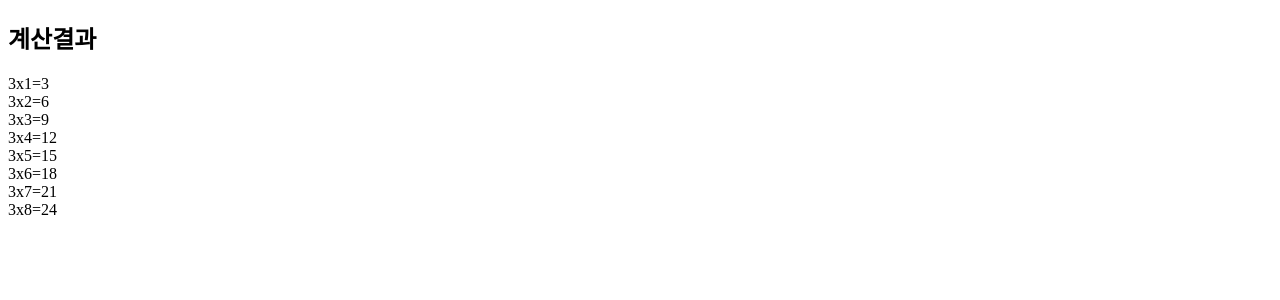
Repository: junhyeoksin/spring_program
Page: http://localhost/springProgram/table_result.do
The author's editor kept a copy of each file at every save. The page is drawn from the files as they stood at one save, then again after the next save.
The browser window is 1280 px wide. The pictures show the whole page.
The page is served by Tomcat 9. Other server files are loaded and not shown.

Above is the page before, as saved 2022-01-05 13:50:05.

### springProgram/src/main/webapp/WEB-INF/views/test/table_result.jsp
<%@ page language="java" contentType="text/html; charset=UTF-8"
    pageEncoding="UTF-8"%>
<!DOCTYPE html>
<html>
<head>
<meta charset="UTF-8">
<title>Insert title here</title>
</head>
<body>

<h2>계산결과</h2>
${result}
</body>
</html>

### springProgram/src/main/webapp/WEB-INF/views/include/menu.jsp
<%@ page language="java" contentType="text/html; charset=UTF-8"
    pageEncoding="UTF-8"%>
 <div style="Text-align:center">
 	<a href = "/springProgram/">home</a>
 	<a href = "/springProgram/multi_table.do">구구단</a>
 	<a href = "/springProgram/point.do">성적계산</a>
 	<a href = "/springProgram/move.do">redirect</a>
 	<a href = "/springProgram/mav.do">modelAndView</a>
 	<a href = "/springProgram/ajax.do">비동기식 호출</a>
 	<a href = "/springProgram/login.do">비동기식 호출 2</a>
 	<a href = "/springProgram/ajax_table.do">구구단(ajax)</a>
 	<a href = "/springProgram/member/list.do">회원관리</a>


 </div>

After the next save:
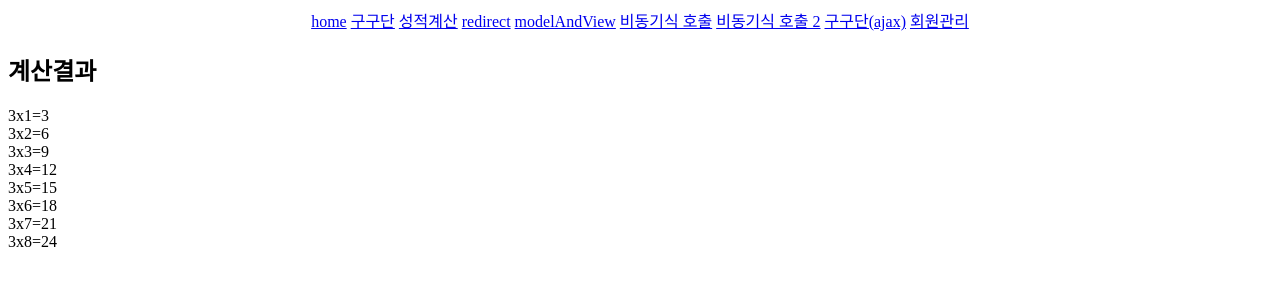
Saved 32 s later.
--- a/springProgram/src/main/webapp/WEB-INF/views/test/table_result.jsp
+++ b/springProgram/src/main/webapp/WEB-INF/views/test/table_result.jsp
@@ -7,7 +7,7 @@
 <title>Insert title here</title>
 </head>
 <body>
-
+<%@ include file="../include/menu.jsp" %>
 <h2>계산결과</h2>
 ${result}
 </body>
